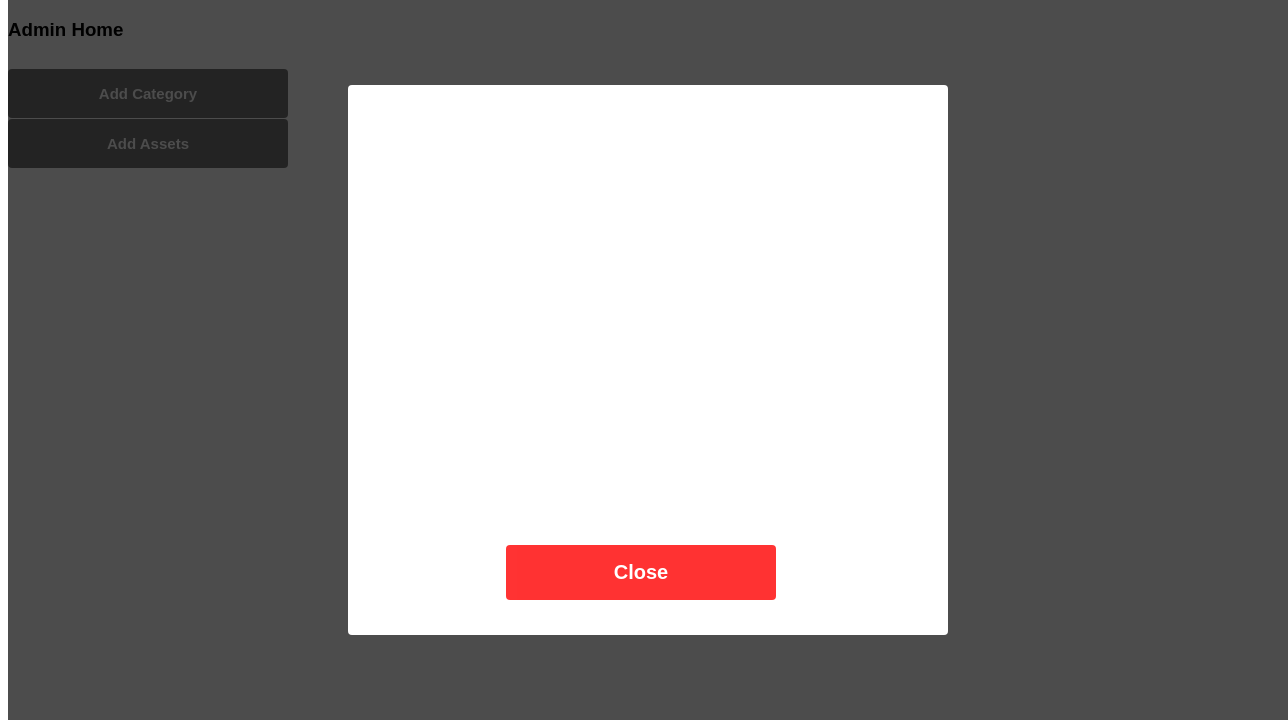
Repository: DhruvKaushal/CodeFury_404Found
Page: http://localhost/e-assets/assetadded.jsp
An editor plug-in stored every save of this project. The page is shown before and after the next save, followed by the edit.
The browser window is 1280 px wide. The page is 1288 px wide, so the pictures cover 1288 px, including what lies to the right of the window. The pictures show the whole page.
The page is served by Tomcat 9.

Above is the page before, as saved 2020-10-05 10:41:28.

After the next save:
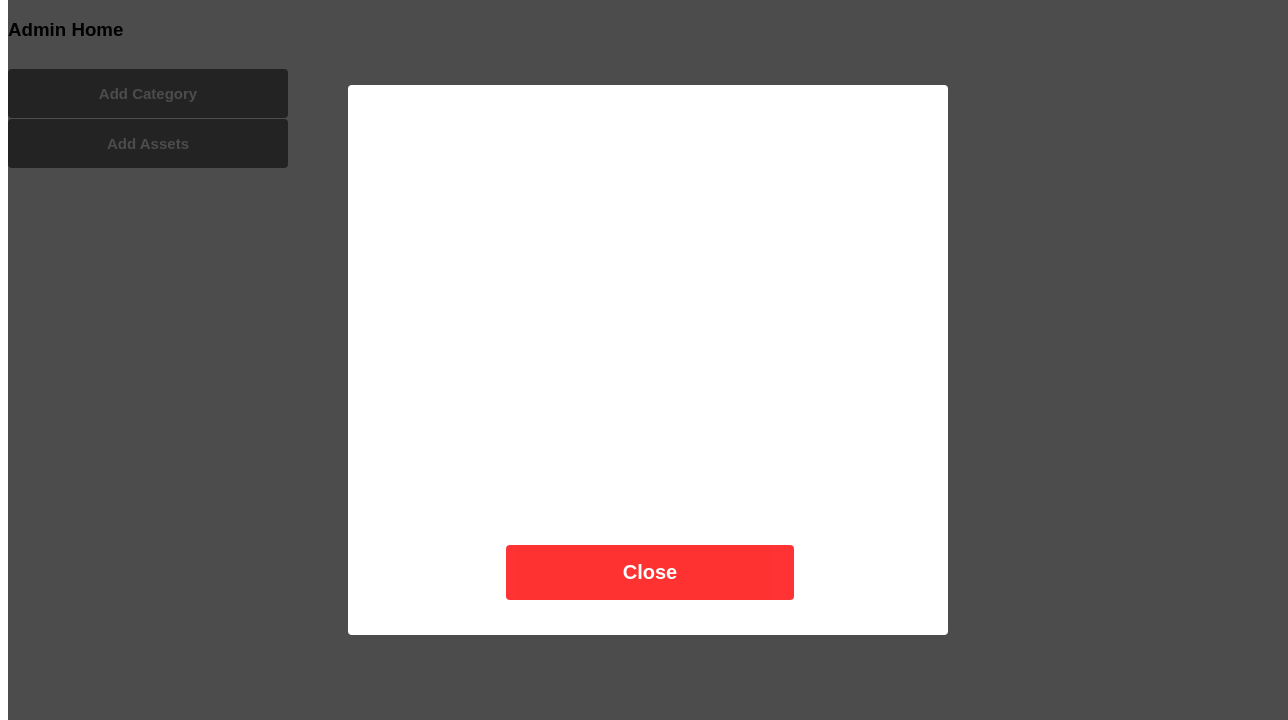
Saved 11 s later.
--- a/Aditya's New/E-Assets-Management/e-assets/WebContent/addassets.css
+++ b/Aditya's New/E-Assets-Management/e-assets/WebContent/addassets.css
@@ -42,7 +42,7 @@ body {font-family: Arial, Helvetica, sans-serif;}
   border: none;
   cursor: pointer;
   opacity: 0.8;
-  width: 45%;
+  width: 48%;
   position: absolute;
   bottom: 35px;
   font-size: 20px;
